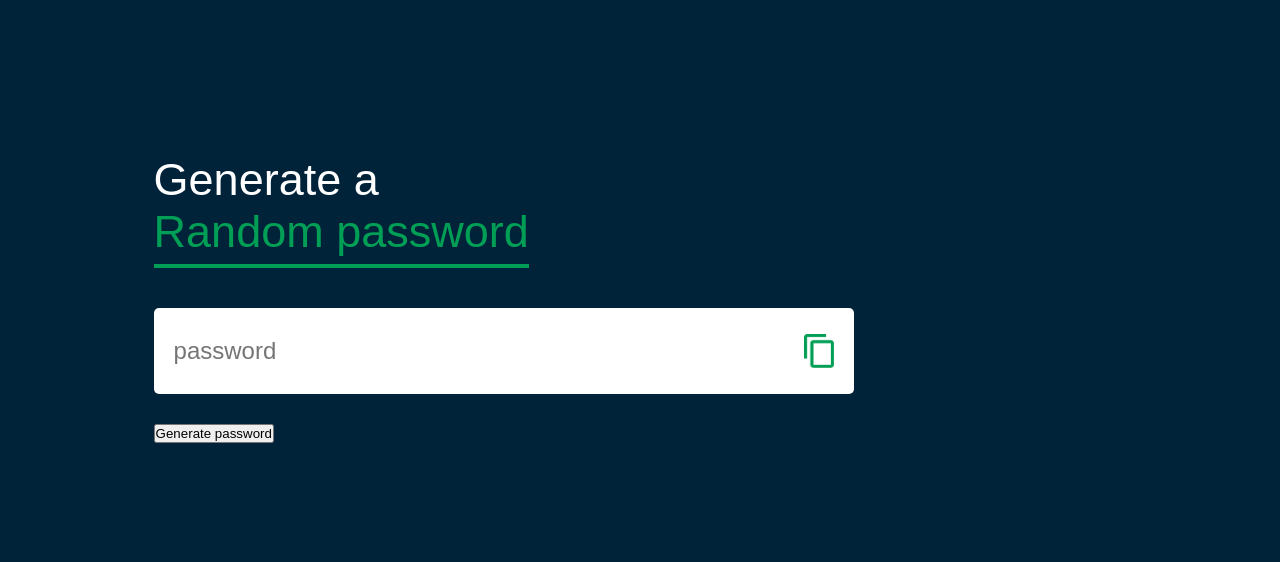
Repository: YAAMAR/password-generator
Page: Random password/index.html
These files come from the project's save history. The page is drawn as it stood at one moment and after a run of saves; the edit follows.
The browser window is 1280 px wide. The pictures show the whole page.

Above is the page before, as saved 2024-05-02 19:10:55.

After the next 7 saves:
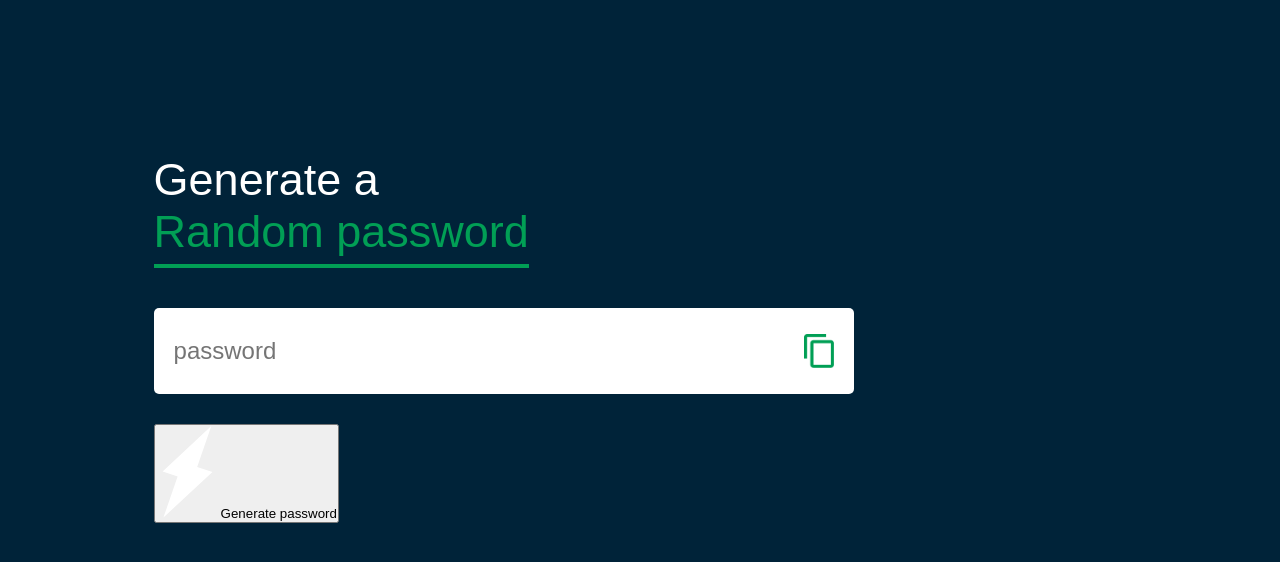
The 7 saves are shown as one change because they came seconds apart.
The last was saved 48 s later.
--- a/Random password/index.html
+++ b/Random password/index.html
@@ -15,7 +15,7 @@
             <input type="text" id="password" placeholder="password">
             <img src="images/copy.png">
         </div>
-        <button>Generate password</button>
+        <button> <img src="images/generate.png" alt="">Generate password</button>
     </div>
 </body>
 </html>
